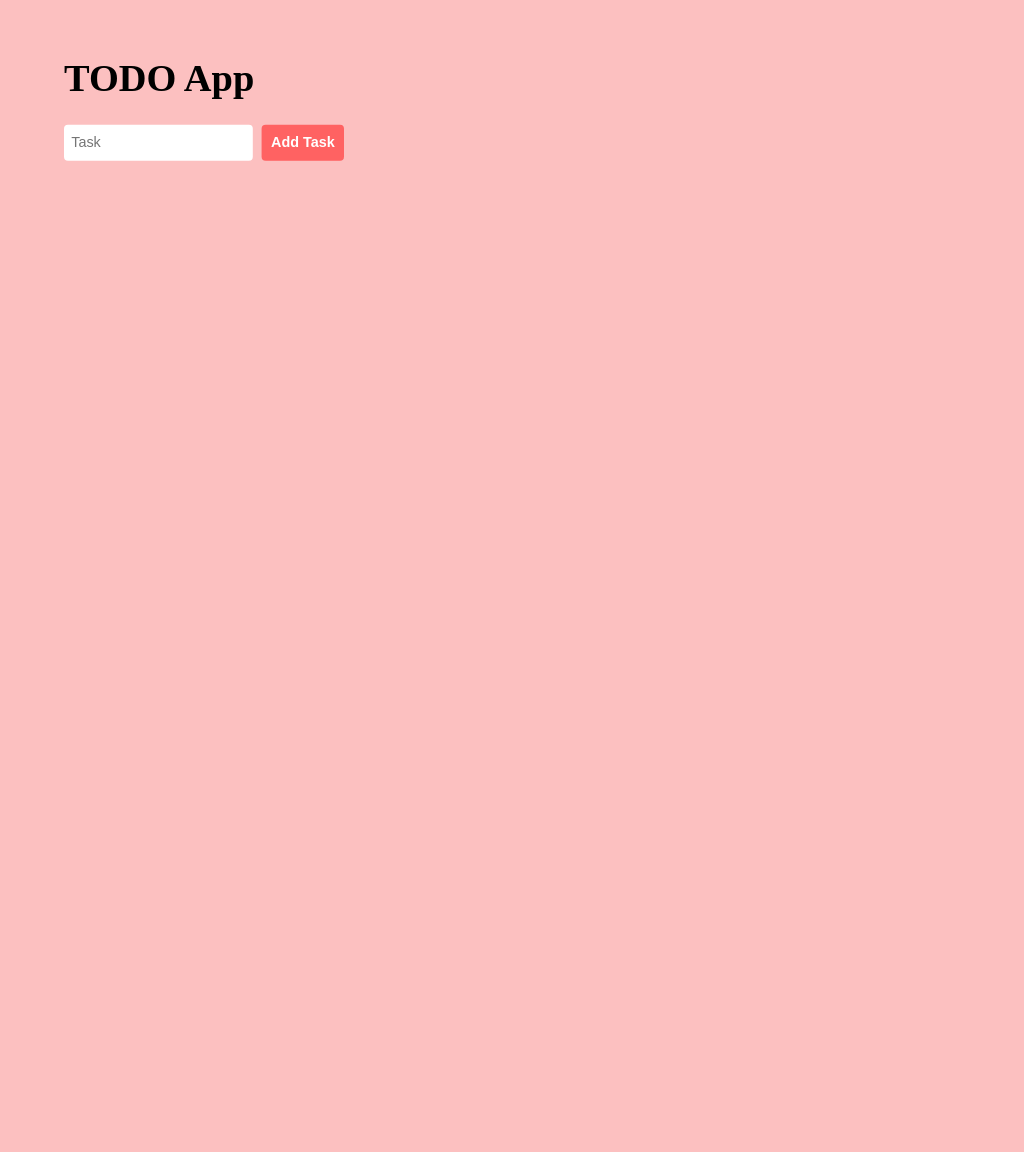
Repository: BhanuKaukuntla/TodoApp
Page: /
An editor plug-in stored every save of this project. The page is shown before and after the next save, followed by the edit.
The browser window is 1280 px wide. The pictures show the whole page, at 80% of full size.
The project was rebuilt for these pictures with package versions that can differ from the ones it lists, and the page was loaded fresh each time. Also part of the build but not shown: src/components/TodoItem/TodoItem.js.

Above is the page before, as saved 2021-12-04 10:13:36.

After the next save:
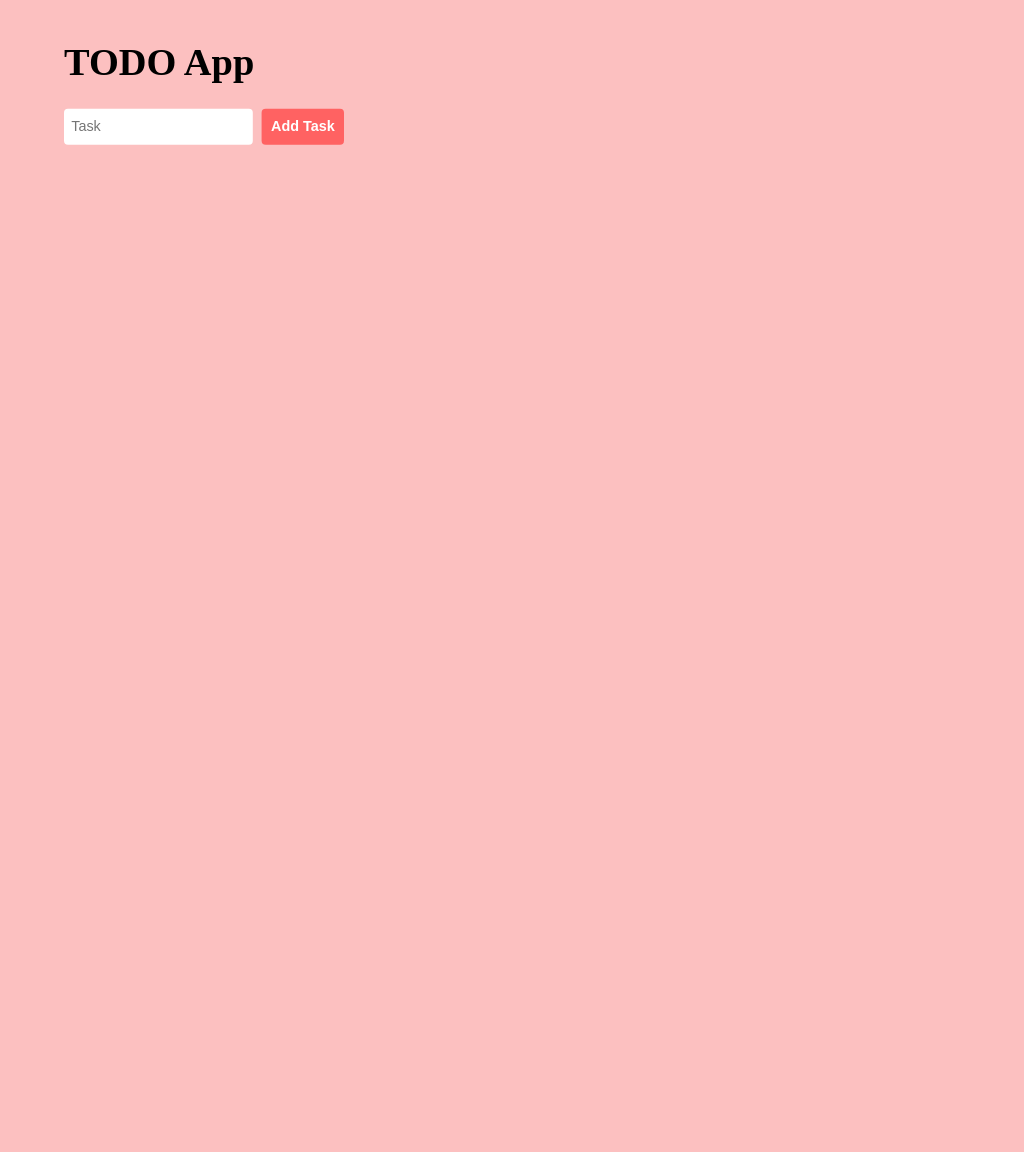
Saved 8 s later.
--- a/src/index.css
+++ b/src/index.css
@@ -31,7 +31,7 @@
 }
 
 .title{
-  padding-top: 70px;
+  padding-top: 50px;
   margin-left: 5rem;
   font-size: xxx-large;
   font-family: 'Times New Roman', Times, serif;

After the save that followed:
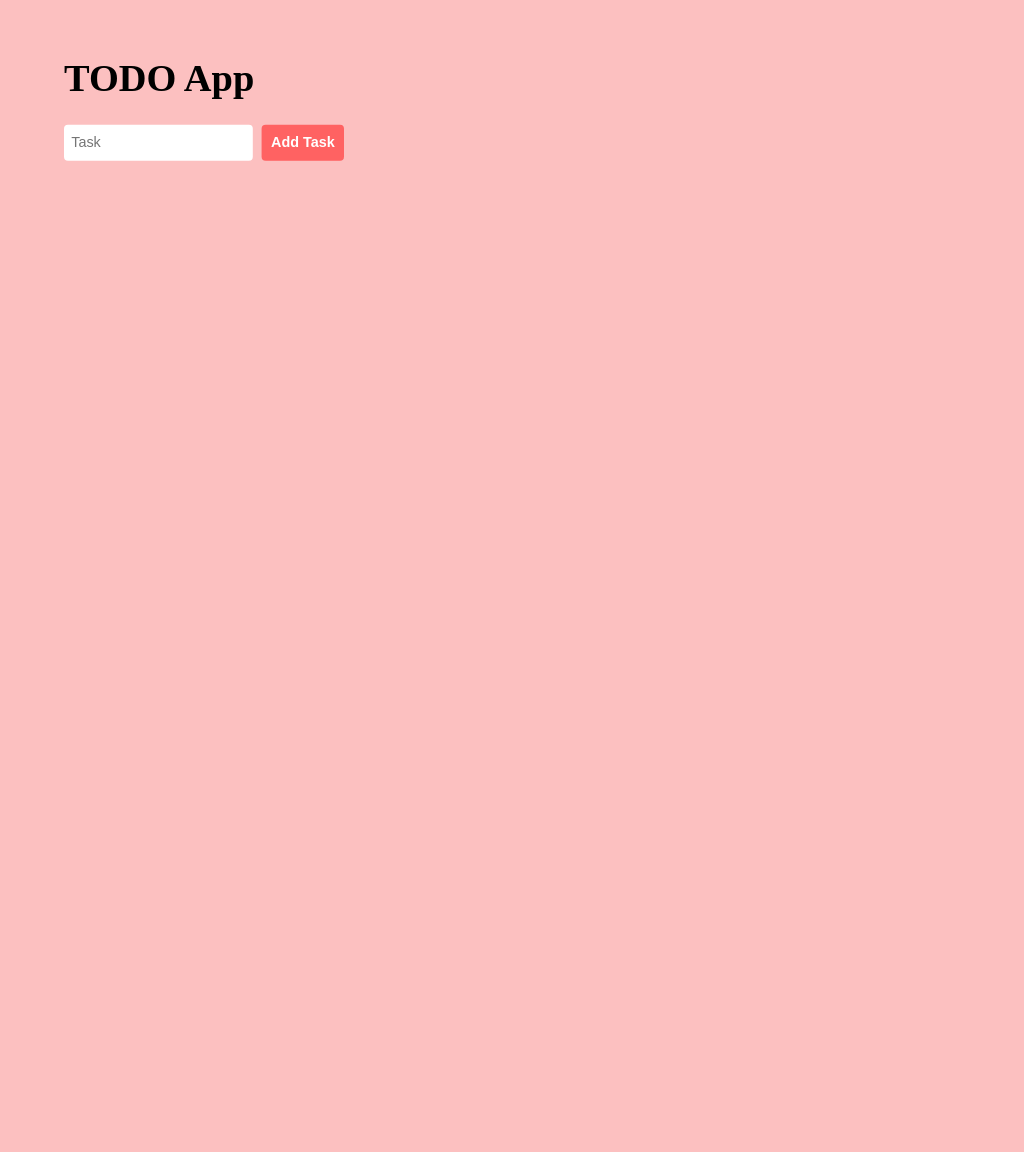
Saved 8 s later.
--- a/src/index.css
+++ b/src/index.css
@@ -31,7 +31,7 @@
 }
 
 .title{
-  padding-top: 50px;
+  padding-top: 70px;
   margin-left: 5rem;
   font-size: xxx-large;
   font-family: 'Times New Roman', Times, serif;
